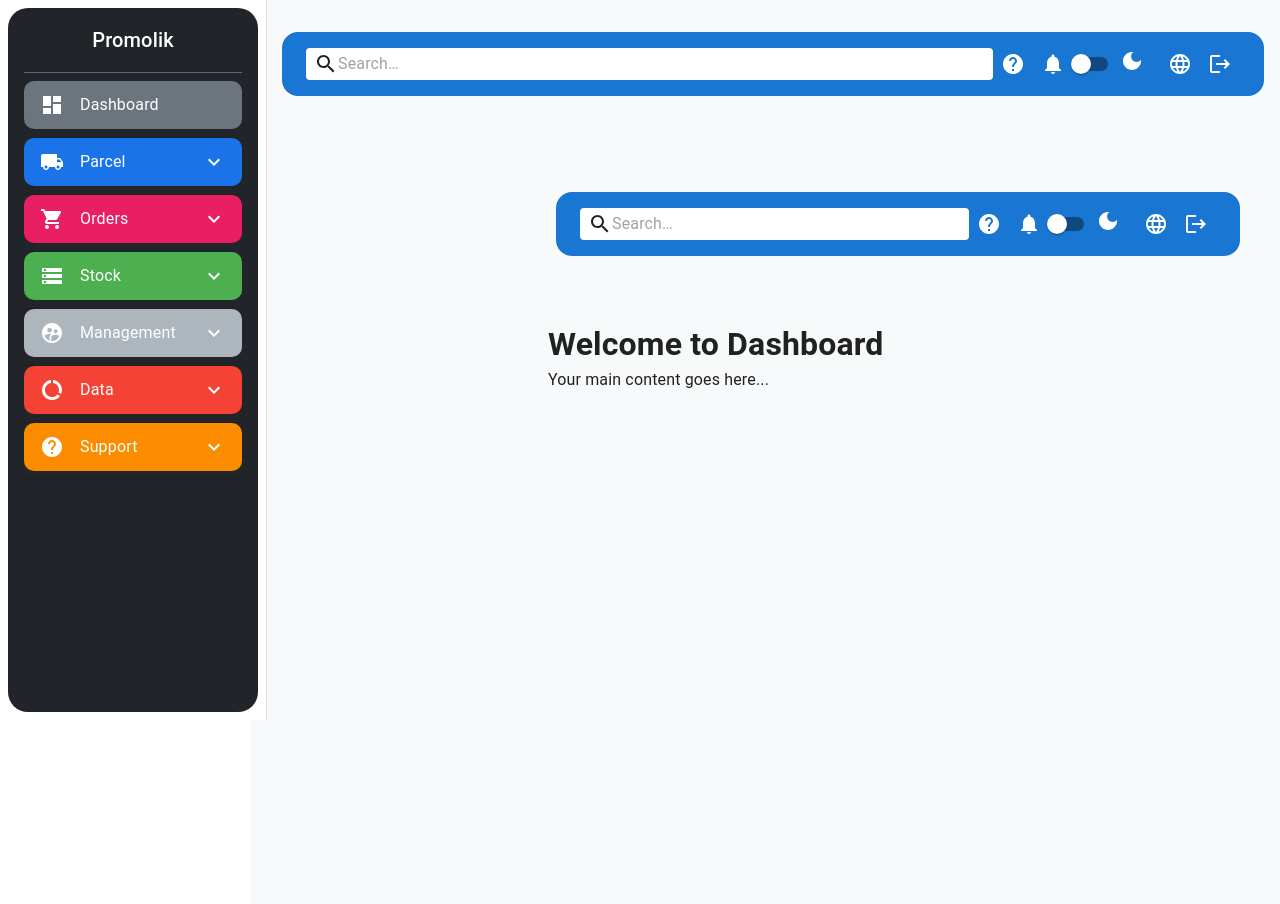
Repository: yosrjdly/stk
Page: /dashboard (app in dashboard/)
An editor plug-in stored every save of this project. The page is shown before and after the next save, followed by the edit.
The browser window is 1280 px wide. The pictures show the whole page.
The project was rebuilt for these pictures with package versions that can differ from the ones it lists, and the page was loaded fresh each time. The framework's server and built-in components were replaced by stand-ins that run in the browser. Also part of the build but not shown: dashboard/next.config.ts.

Above is the page before, as saved 2025-02-14 17:46:52.

### dashboard/src/app/dashboard/Layout.tsx
"use client";

import { Box, CssBaseline, Toolbar } from "@mui/material";
import Sidebar from "../../componenets/sidebar/SideBar";
import Navbar from "../../componenets/navbar/Navbar"; // Assuming you have a Navbar component
import { ReactNode } from "react";

interface LayoutProps {
  children: ReactNode;
}

export default function Layout({ children }: LayoutProps) {
  return (
    <Box sx={{ display: "flex" }}>
      <CssBaseline />

      {/* Sidebar (Permanent) */}
      <Sidebar />

      {/* Main Content Area */}
      <Box
        component="main"
        sx={{

          flexGrow: 1,
          p: 3,
          width: `calc(100% - 250px)`, // Adjusting main content width to fit sidebar
          backgroundColor: "#f8f9fa",
          minHeight: "100vh",
        }}
      >
        {/* Navbar */}
        <Navbar />

        {/* Page Content */}
        <Toolbar /> {/* Keeps content from being hidden behind Navbar */}
        {children}
      </Box>
    </Box>
  );
}

### dashboard/src/app/dashboard/page.tsx
import Layout from "../dashboard/Layout";

export default function DashboardHome() {
  return (
    <Layout>
      <h1>Welcome to Dashboard</h1>
      <p>Your main content goes here...</p>
    </Layout>
  );
}

### dashboard/src/componenets/sidebar/SideBar.tsx
"use client";

import { useState } from "react";
import { useRouter, usePathname } from "next/navigation";
import {
  Drawer,
  List,
  ListItemButton,
  ListItemText,
  Collapse,
  Divider,
  Typography,
  Box,
  IconButton,
} from "@mui/material";
import { ExpandLess, ExpandMore, Brightness4, Brightness7 } from "@mui/icons-material";
import DashboardIcon from '@mui/icons-material/Dashboard';
import LocalShippingIcon from '@mui/icons-material/LocalShipping';
import ShoppingCartIcon from '@mui/icons-material/ShoppingCart';
import StorageIcon from '@mui/icons-material/Storage';
import SupervisedUserCircleIcon from '@mui/icons-material/SupervisedUserCircle';
import DataUsageIcon from '@mui/icons-material/DataUsage';
import HelpIcon from '@mui/icons-material/Help';

const menuItems = [
  {
    title: "Dashboard",
    path: "/dashboard",
    color: "#6c757d",
    icon: <DashboardIcon />,
  },
  {
    title: "Parcel",
    subItems: [
      { title: "Exchange List", path: "/dashboard/parcel/exchangeList" },
      { title: "Exchange Return", path: "/dashboard/parcel/exchangeReturn" },
      { title: "Exchange Creation", path: "/dashboard/parcel/exchangeCreation" },
      { title: "Package Creation", path: "/dashboard/parcel/packageCreation" },
      { title: "Package Edit", path: "/dashboard/parcel/packageEdit" },
      { title: "Package List", path: "/dashboard/parcel/packageList" },
      { title: "Parcel Return", path: "/dashboard/parcel/parcelReturn" },
    ],
    color: "#1a73e8",
    icon: <LocalShippingIcon />,
  },
  {
    title: "Orders",
    subItems: [
      { title: "Cash Sale", path: "/dashboard/orders/cashSale" },
      { title: "Orders", path: "/dashboard/orders/orders" },
    ],
    color: "#e91e63",
    icon: <ShoppingCartIcon />,
  },
  {
    title: "Stock",
    subItems: [
      { title: "Add Article", path: "/dashboard/stock/addArticle" },
      { title: "Entred Stock", path: "/dashboard/stock/entredStock" },
      { title: "Notification", path: "/dashboard/stock/notification" },
      { title: "Stock", path: "/dashboard/stock/stock" },
    ],
    color: "#4caf50",
    icon: <StorageIcon />,
  },
  {
    title: "Management",
    subItems: [
      { title: "Delivery Company", path: "/manegement/deliveryCompany" },
      { title: "Profile", path: "/dashboard/management/profile" },
      { title: "Profit", path: "/dashboard/management/profit" },
      { title: "Spending", path: "/dashboard/management/spending" },
      { title: "User", path: "/dashboard/management/user" },
    ],
    color: "#adb5bd",
    icon: <SupervisedUserCircleIcon />,
  },
  {
    title: "Data",
    subItems: [
      { title: "Archived Parcel", path: "/dashboard/data/archivedParcel" },
      { title: "Command Deleted", path: "/dashboard/data/commandDeleted" },
      { title: "Deleted Parcel", path: "/dashboard/data/deletedParcel" },
      { title: "Inventory Removed", path: "/dashboard/data/inventoryRemoved" },
    ],
    color: "#f44335",
    icon: <DataUsageIcon />,
  },
  {
    title: "Support",
    subItems: [
      { title: "About Us", path: "/dashboard/support/aboutUs" },
      { title: "Claims", path: "/dashboard/support/claims" },
      { title: "User Guide", path: "/dashboard/support/userGuide" },
    ],
    color: "#fb8c00",
    icon: <HelpIcon />,
  },
];

export default function Sidebar() {
  const router = useRouter();
  const pathname = usePathname();
  const [openSections, setOpenSections] = useState<Record<string, boolean>>({});

  const toggleSection = (title: string) => {
    setOpenSections((prev) => ({
      ...prev,
      [title]: !prev[title],
    }));
  };

  return (
    <Drawer variant="permanent" sx={{ width: 250, flexShrink: 0, marginTop: 2 }}>
      <Box sx={{ height: "100%", width: 250, padding: 2, backgroundColor: "#212529", borderRadius: 5, margin: 1 }}>
        <Typography variant="h6" sx={{ color: "white", textAlign: "center", mb: 2 }}>
          Promolik
        </Typography>
        <Divider sx={{ backgroundColor: "#6c757d" }} />
        <List>
          {menuItems.map((item, index) => {
            const isParentActive = item.subItems?.some((subItem) => pathname === subItem.path);

            return (
              <div key={index}>
                {item.subItems ? (
                  <>
                    <ListItemButton
                      sx={{
                        backgroundColor: item.color,
                        borderRadius: "10px",
                        marginBottom: 1,
                        color: "white",
                      }}
                      onClick={() => toggleSection(item.title)}
                    >
                      {item.icon}
                      <ListItemText primary={item.title} sx={{ ml: 2 }} />
                      {openSections[item.title] ? <ExpandLess /> : <ExpandMore />}
                    </ListItemButton>
                    <Collapse in={openSections[item.title]} timeout="auto" unmountOnExit>
                      <List component="div" disablePadding>
                        {item.subItems.map((subItem, subIndex) => (
                          <ListItemButton
                            key={subIndex}
                            sx={{
                              pl: 4,
                              backgroundColor: pathname === subItem.path ? item.color : "transparent",
                              borderRadius: pathname === subItem.path ? "10px" : "0px",
                              marginBottom: 1,
                              color: pathname === subItem.path ? "white" : "#ccc",
                            }}
                            onClick={() => router.push(subItem.path)}
                          >
                            <ListItemText primary={subItem.title} />
                          </ListItemButton>
                        ))}
                      </List>
                    </Collapse>
                  </>
                ) : (
                  <ListItemButton
                    sx={{
                      backgroundColor: pathname === item.path ? item.color : "transparent",
                      borderRadius: pathname === item.path ? "10px" : "0px",
                      marginBottom: 1,
                      color: pathname === item.path ? "white" : "#ccc",
                    }}
                    onClick={() => router.push(item.path)}
                  >
                    {item.icon}
                    <ListItemText primary={item.title} sx={{ ml: 2 }} />
                  </ListItemButton>
                )}
                <Divider />
              </div>
            );
          })}
        </List>
      </Box>
    </Drawer>
  );
}

### dashboard/src/componenets/navbar/Navbar.tsx
'use client';

import React, { useState } from 'react';
import { AppBar, Toolbar, IconButton, InputBase, Menu, MenuItem, Switch, FormControlLabel } from '@mui/material';
import { Search as SearchIcon, Help as HelpIcon, Notifications as NotificationsIcon, Language as LanguageIcon, Logout as LogoutIcon, DarkMode as DarkModeIcon } from '@mui/icons-material';
import { useTheme } from '@mui/material/styles';

const Navbar = () => {
  const [anchorEl, setAnchorEl] = useState(null);
  const [themeMode, setThemeMode] = useState(false); // Dark mode state

  const theme = useTheme();

  const handleMenuOpen = (event) => {
    setAnchorEl(event.currentTarget);
  };

  const handleMenuClose = () => {
    setAnchorEl(null);
  };

  const toggleTheme = () => {
    setThemeMode((prev) => !prev);
    // You can add a theme switcher logic here (like changing the theme color)
  };

  return (
    <AppBar
      position="sticky"
      sx={{
        mx: 1,
        mt: 1,
        borderRadius: '16px',
        boxShadow: 'none',
        backdropFilter: 'blur(10ppx',
        zIndex: 1200,
      }}
    >
      <Toolbar>
        {/* Search Bar */}
        <InputBase
          placeholder="Search…"
          startAdornment={<SearchIcon />}
          sx={{ flexGrow: 1, backgroundColor: theme.palette.background.default, borderRadius: '4px', paddingLeft: '8px' }}
        />

        {/* Help Icon */}
        <IconButton color="inherit" onClick={handleMenuOpen}>
          <HelpIcon />
        </IconButton>

        {/* Notifications Icon */}
        <IconButton color="inherit">
          <NotificationsIcon />
        </IconButton>

        {/* Theme Switch */}
        <FormControlLabel
          control={<Switch checked={themeMode} onChange={toggleTheme} />}
          label={<DarkModeIcon />}
        />

        {/* Language Icon */}
        <IconButton color="inherit">
          <LanguageIcon />
        </IconButton>

        {/* Logout Icon */}
        <IconButton color="inherit">
          <LogoutIcon />
        </IconButton>
      </Toolbar>

      {/* Help Icon Menu */}
      <Menu
        anchorEl={anchorEl}
        open={Boolean(anchorEl)}
        onClose={handleMenuClose}
      >
        <MenuItem onClick={handleMenuClose}>Help Center</MenuItem>
        <MenuItem onClick={handleMenuClose}>Contact Support</MenuItem>
      </Menu>
    </AppBar>
  );
};

export default Navbar;

Loaded but not shown: dashboard/src/app/layout.tsx (common file); dashboard/src/app/globals.css (common file)

After the next save:
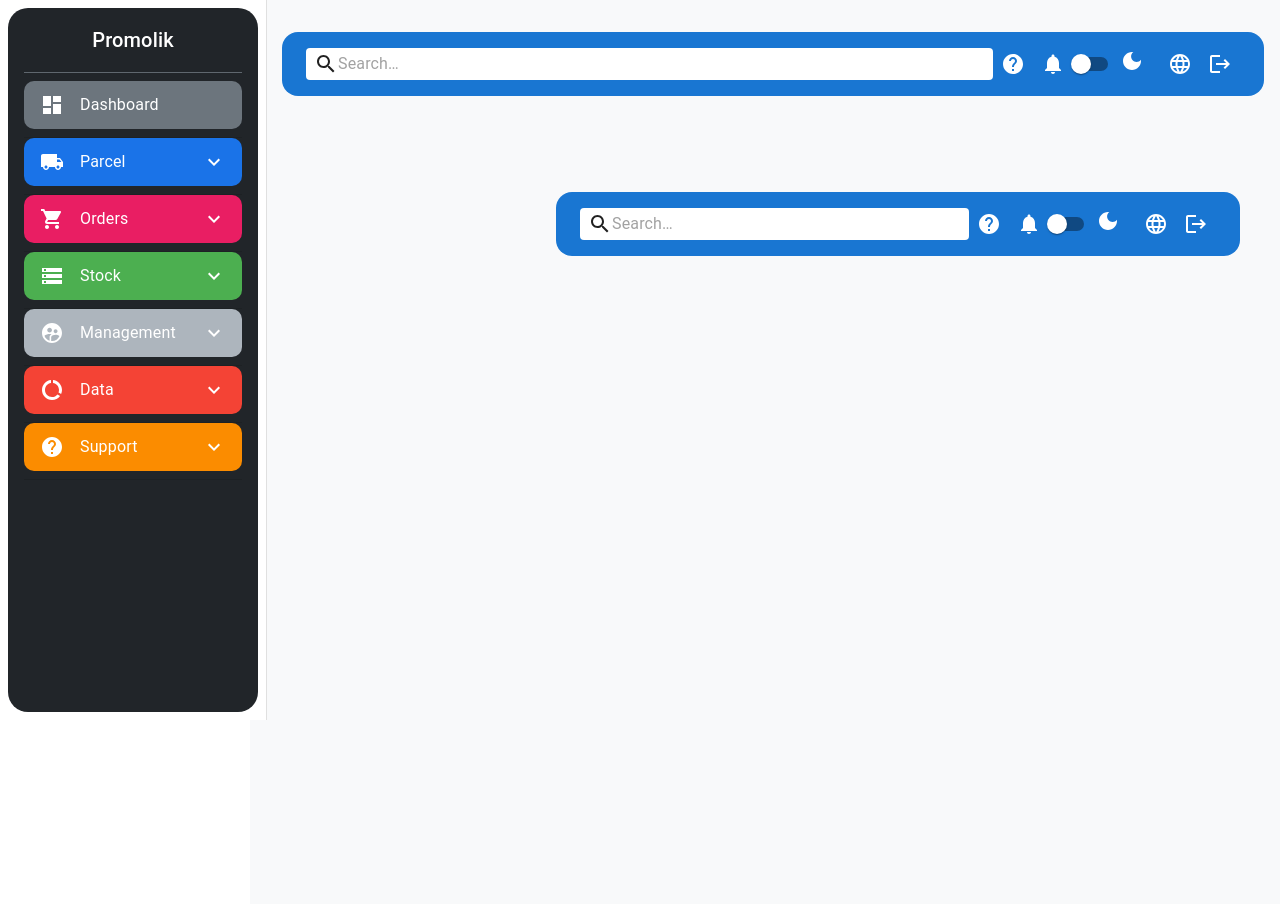
Saved 39 s later.
--- a/dashboard/src/app/dashboard/page.tsx
+++ b/dashboard/src/app/dashboard/page.tsx
@@ -3,8 +3,7 @@ import Layout from "../dashboard/Layout";
 export default function DashboardHome() {
   return (
     <Layout>
-      <h1>Welcome to Dashboard</h1>
-      <p>Your main content goes here...</p>
+
     </Layout>
   );
 }
